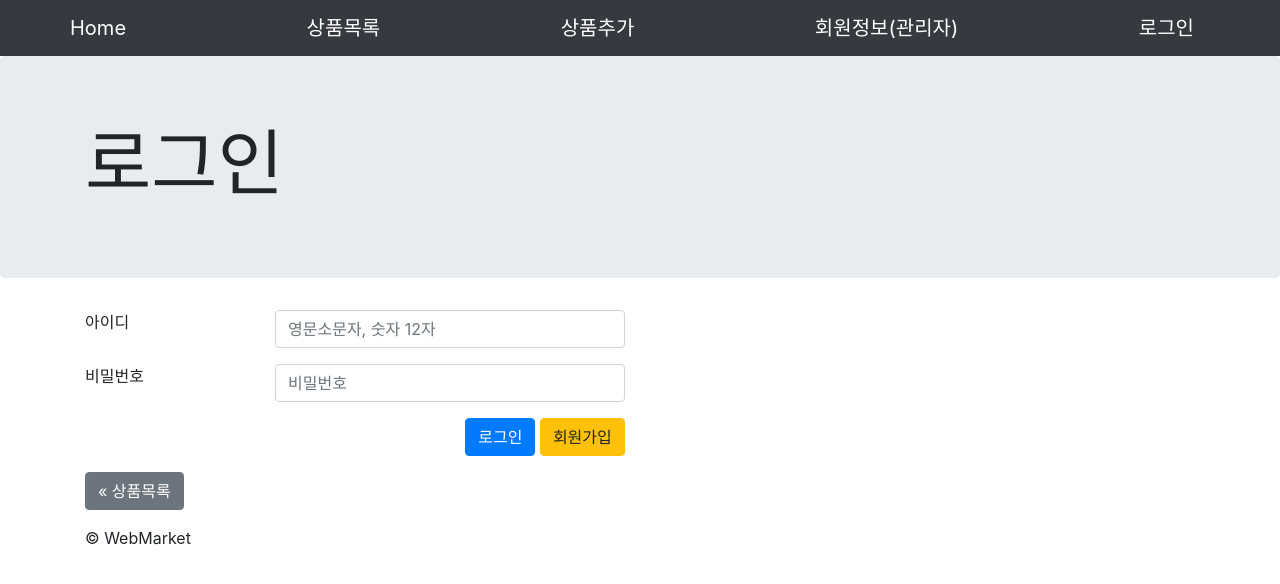
Repository: davisbyun/ai
Page: http://localhost/WebMarket/member/login.jsp
An editor plug-in stored every save of this project. The page is shown before and after a run of saves, followed by the edit.
The browser window is 1280 px wide. The pictures show the whole page.
The page is served by Tomcat 9.

Above is the page before, as saved 2024-01-29 05:44:03.

After the next 2 saves:
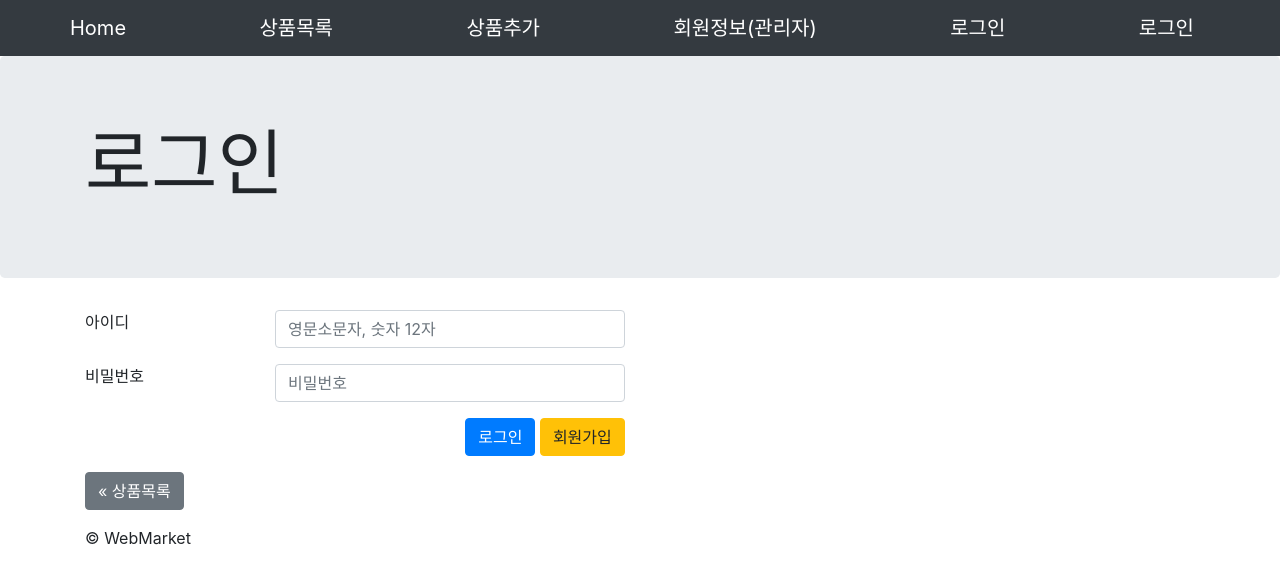
The 2 saves are shown as one change because 1 did not build or start.
The last was saved 14 min 20 s later.
--- a/WebMarket/src/main/webapp/menu.jsp
+++ b/WebMarket/src/main/webapp/menu.jsp
@@ -29,11 +29,23 @@
          	String loginOk = "로그인";
          	if( name != null ) {
          		loginOk = name + "님 ";
+         %>
+         <div class="navbar-header">
+             <a class="navbar-brand" href="/WebMarket/member/loginOut.jsp"> 로그아웃 </a>
+         </div>
+         <%
+
          	}else {
          		loginOk = "로그인";
+         %>
+         <div class="navbar-header">
+             <a class="navbar-brand" href="/WebMarket/member/loginOut.jsp"> 로그인 </a>
+         </div>
+
+          <%
          	}
+          %>
 
-         %>
 
 
          <div class="navbar-header">

After the 3 saves that followed:
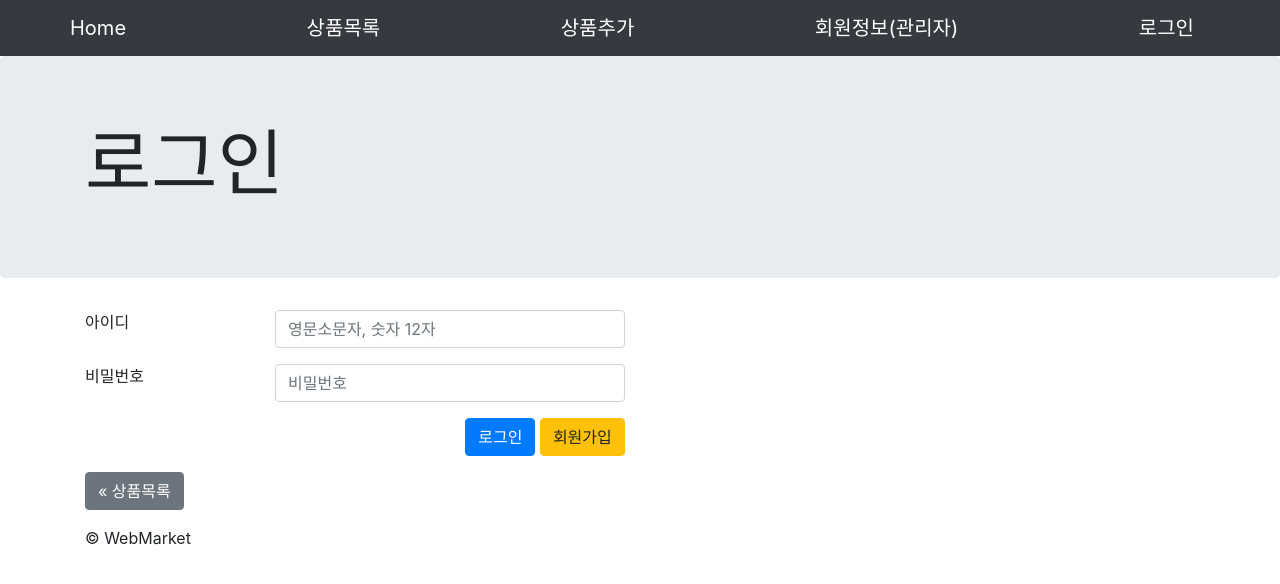
The 3 saves are shown as one change because 2 left the picture as it was.
The last was saved 4 min 7 s later.
--- a/WebMarket/src/main/webapp/menu.jsp
+++ b/WebMarket/src/main/webapp/menu.jsp
@@ -33,24 +33,22 @@
          <div class="navbar-header">
              <a class="navbar-brand" href="/WebMarket/member/loginOut.jsp"> 로그아웃 </a>
          </div>
+
+         <div class="navbar-header">
+             <a class="navbar-brand" href="/WebMarket/member/login.jsp"> 로그인 </a>
+         </div>
          <%
 
          	}else {
          		loginOk = "로그인";
          %>
          <div class="navbar-header">
-             <a class="navbar-brand" href="/WebMarket/member/loginOut.jsp"> 로그인 </a>
-         </div>
-
-          <%
-         	}
-          %>
-
-
-
-         <div class="navbar-header">
              <a class="navbar-brand" href="/WebMarket/member/login.jsp"><%= loginOk %></a>
          </div>
+         <%
+         	}
+         %>
+
      </div>
    </nav>
 </body>
